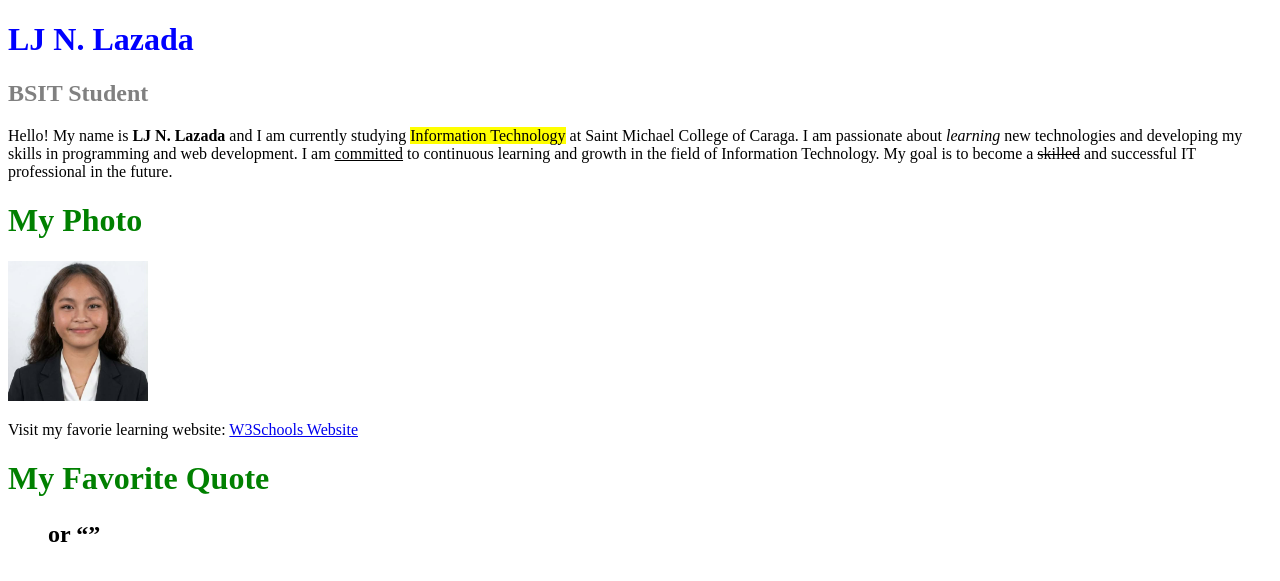
Repository: ljlazada11/myfirsthtml
Page: index.html
An editor plug-in stored every save of this project. The page is shown before and after the next save, followed by the edit.
The browser window is 1280 px wide. The pictures show the whole page.

Above is the page before, as saved 2026-06-24 19:35:11.

### index.html
<!DOCTYPE html>
<html lang="en">
<head>
    <meta charset="UTF-8">
    <meta name="viewport" content="width=device-width, initial-scale=1.0">
    <title>My Personal Web Profile</title>
    <link rel="icon" type="image/x-icon" href="images.png">

</head>
<body>
    <h1 style="color:blue;">LJ N. Lazada</h1>
    <h2 style="color:gray;">BSIT Student</h2>
    <p>Hello! My name is <strong>LJ N. Lazada</strong> and I am currently studying <mark>Information Technology</mark> at Saint Michael College of Caraga. I am passionate about <i>learning</i> new technologies and developing my skills in programming and web development. I am <ins>committed</ins> to continuous learning and growth in the field of Information Technology. My goal is to become a <del>skilled</del> and successful IT professional in the future.</p>
</body>
    <h1 style="color:green;">My Photo</h1>
    <img src="pic.jpg" alt="My	Profile	Picture" width="140" height="140">
    <p> Visit my favorie learning website: <a href="https://www.w3schools.com/html/default.asp" target="_blank">W3Schools	Website</a></p>

    <body>
    <h1 style="color:green;">My Favorite Quote</h1>
    <h2><blockquote> or	<q></q></h2>
    </body>
</html>

After the next save:
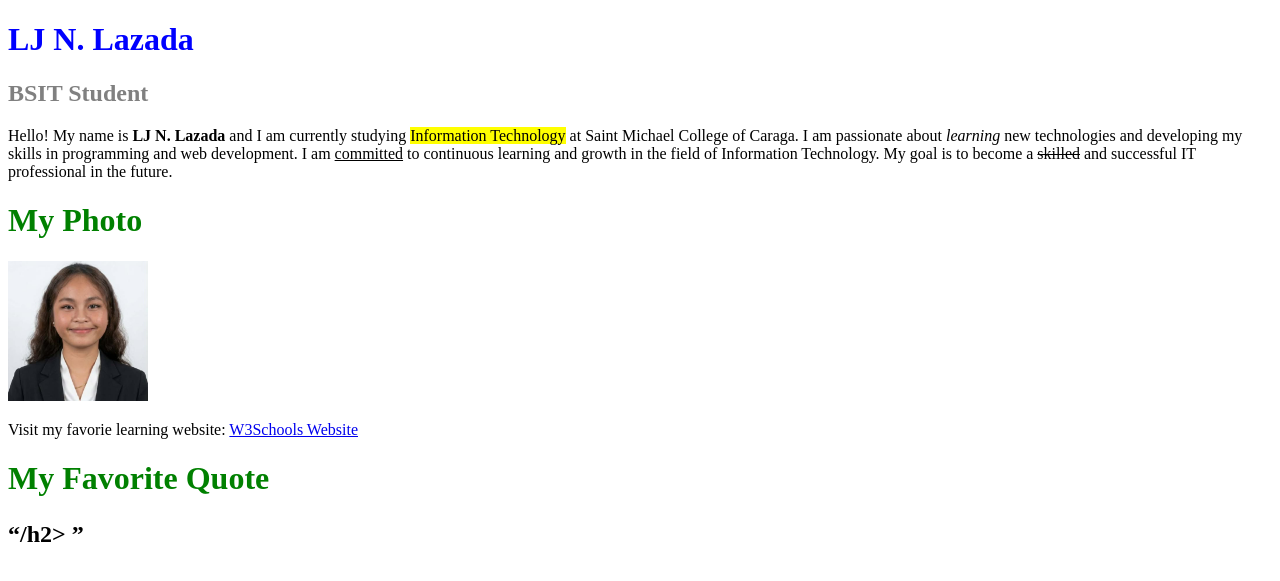
Saved 42 s later.
--- a/index.html
+++ b/index.html
@@ -18,6 +18,6 @@
 
     <body>
     <h1 style="color:green;">My Favorite Quote</h1>
-    <h2><blockquote> or	<q></q></h2>
+    <h2><blockquote></blockquote><q>/h2>
     </body>
 </html>
